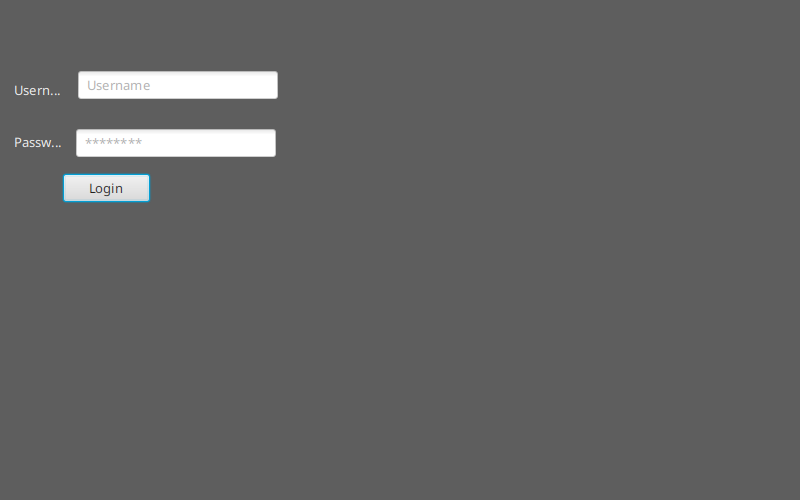
Repository: tariqmbawa/simple-strategic-game
Program's window: java Single Player Monster/src/MenuState.java
These files come from the project's save history. The program's window is drawn as it stood at one moment and after the next save; the edit follows.
It runs on Java 21 on a 1366 x 768 screen with JavaFX 11; the title bar is not drawn.

Above is the program's window before, as saved 2017-04-18 21:16:05.

After the next save:
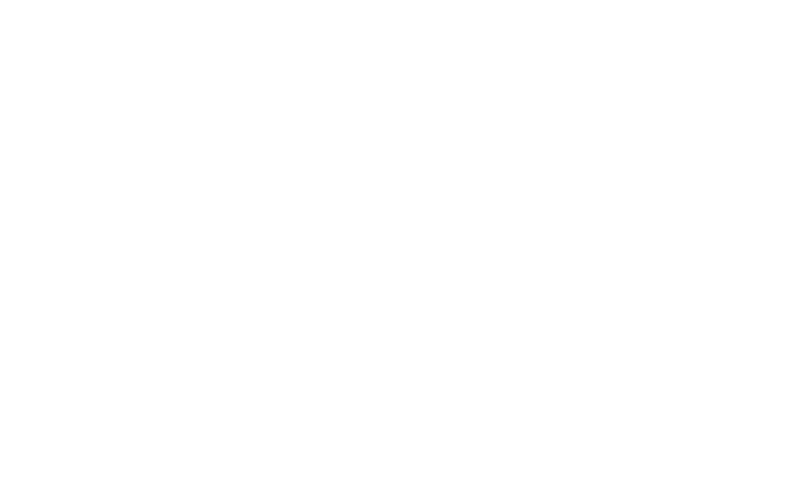
Saved 10 s later.
--- a/Single Player Monster/src/fxml_layout/login_screen_layout.fxml
+++ b/Single Player Monster/src/fxml_layout/login_screen_layout.fxml
@@ -6,7 +6,7 @@
 <?import javafx.scene.layout.*?>
 <?import javafx.scene.text.*?>
 
-<AnchorPane prefHeight="300.0" prefWidth="300.0" xmlns="http://javafx.com/javafx/8.0.111" xmlns:fx="http://javafx.com/fxml" fx:controller="LoginScreenController" styleClass="root">
+<AnchorPane prefHeight="300.0" prefWidth="300.0" xmlns="http://javafx.com/javafx/8.0.111" xmlns:fx="http://javafx.com/fxml" fx:controller="LoginScreenController/1" styleClass="root">
 
 	<stylesheets>
     	<URL value="@login_css.css" />

After the save that followed:
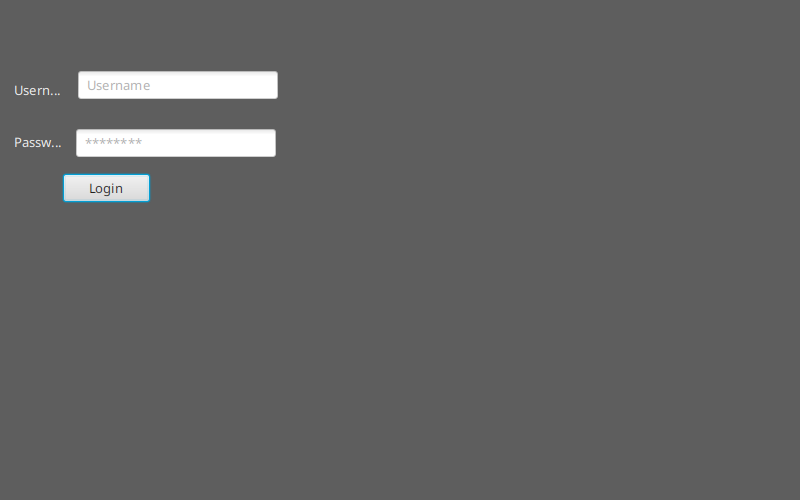
Saved 8 s later.
--- a/Single Player Monster/src/fxml_layout/login_screen_layout.fxml
+++ b/Single Player Monster/src/fxml_layout/login_screen_layout.fxml
@@ -6,7 +6,7 @@
 <?import javafx.scene.layout.*?>
 <?import javafx.scene.text.*?>
 
-<AnchorPane prefHeight="300.0" prefWidth="300.0" xmlns="http://javafx.com/javafx/8.0.111" xmlns:fx="http://javafx.com/fxml" fx:controller="LoginScreenController/1" styleClass="root">
+<AnchorPane prefHeight="300.0" prefWidth="300.0" xmlns="http://javafx.com/javafx/8.0.111" xmlns:fx="http://javafx.com/fxml/1" fx:controller="LoginScreenController" styleClass="root">
 
 	<stylesheets>
     	<URL value="@login_css.css" />
